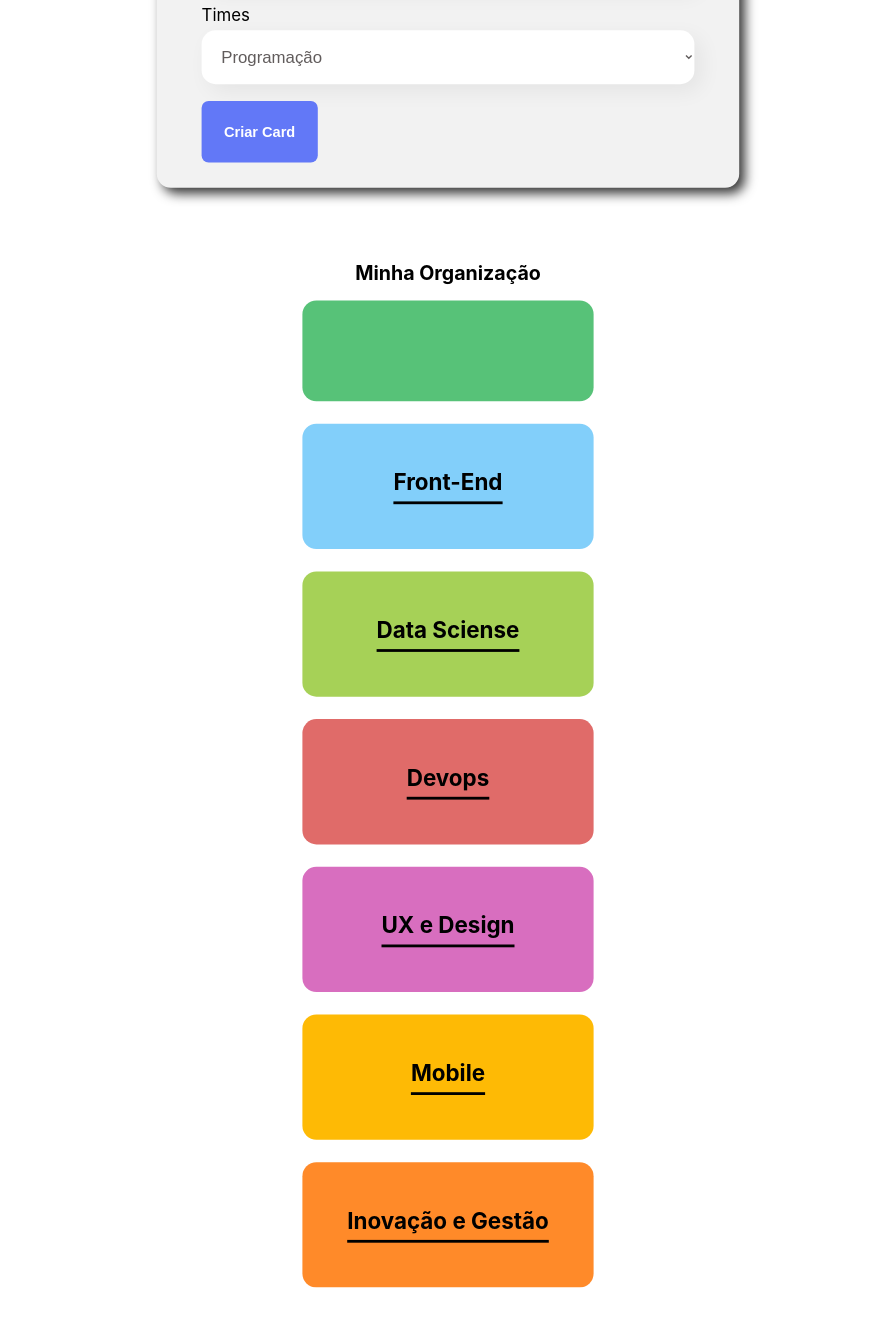
Repository: guilhermecardoso93/organo
Page: /
These files come from the project's save history. The page is drawn as it stood at one moment and after the next save; the edit follows.
The browser window is 1280 px wide. The pictures show the part of the page from y = 1135 to 3055 px (the page is 3055 px tall), at 70% of full size.
The project was rebuilt for these pictures with package versions that can differ from the ones it lists, and the page was loaded fresh each time.

Above is the page before, as saved 2024-05-26 19:44:31.

After the next save:
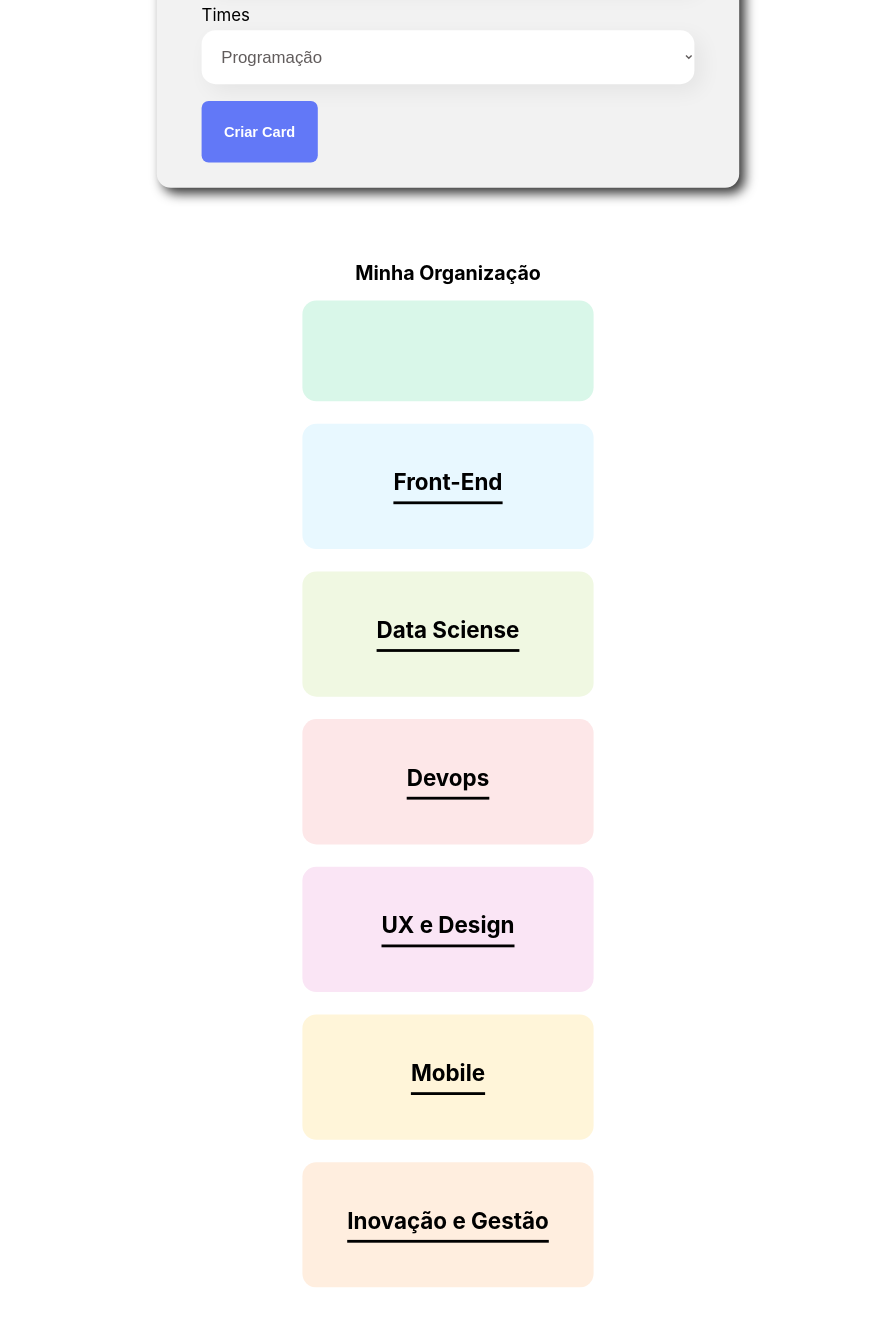
Saved 23 s later.
--- a/src/components/Times/components/Time/index.js
+++ b/src/components/Times/components/Time/index.js
@@ -4,7 +4,7 @@ export function Time(props) {
   return (
     <section
       className="time-container"
-      style={{backgroundColor: props.corPrimaria}}
+      style={{backgroundColor: props.corSecundaria}}
     >
       <h3>{props.name}</h3>
       <div>
